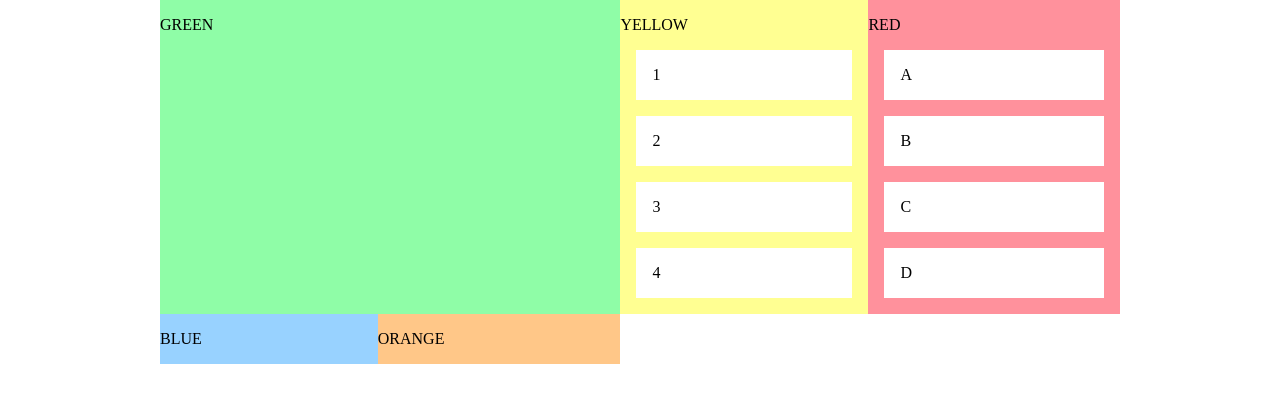
Repository: CryptoFamilyNFT/develhope
Page: css/FlexBoxProperties/index.html
These files come from the project's save history. The page is drawn as it stood at one moment and after the next save; the edit follows.
The browser window is 1280 px wide. The pictures show the whole page.

Above is the page before, as saved 2024-11-15 12:09:14.

After the next save:
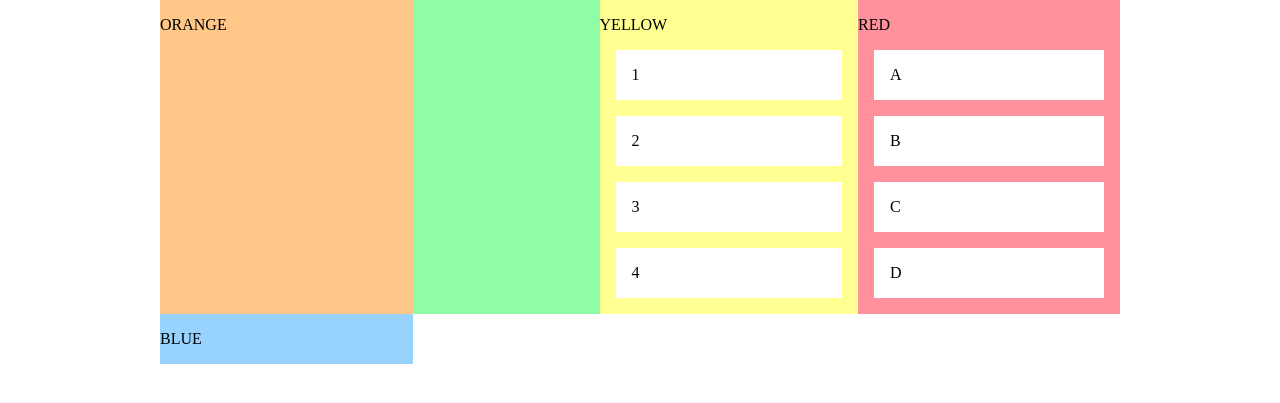
Saved 24 s later.
--- a/css/FlexBoxProperties/start.css
+++ b/css/FlexBoxProperties/start.css
@@ -12,7 +12,7 @@ body {
 
   #orange {
     background-color: #ffc788;
-    order: 1;
+    grid-area: 1 / 1 / 1 / 1;
   }
 
   #yellow {
